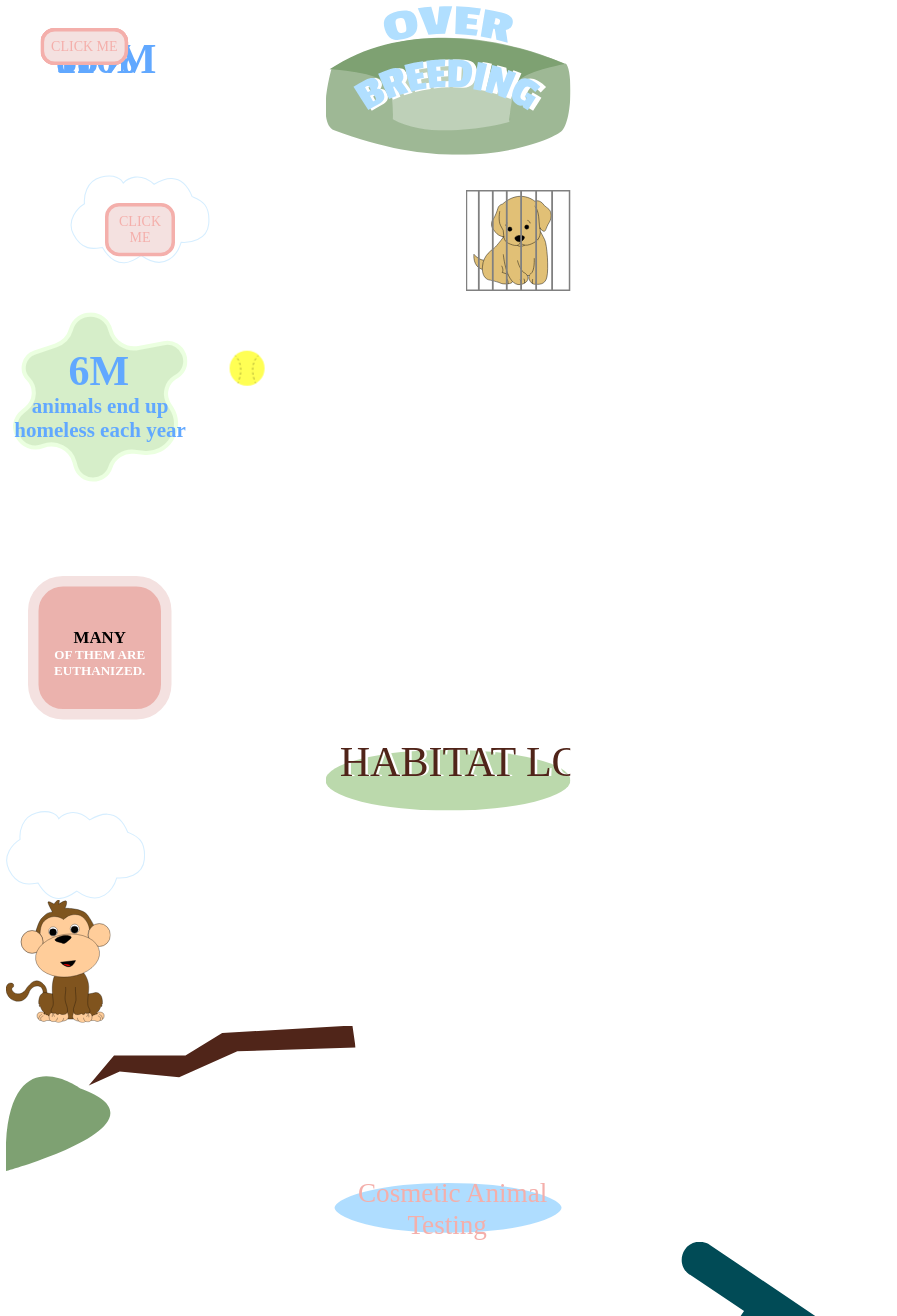
Repository: SoleilDagneau/MDIA2109Midterm
Page: index.html
The author's editor kept a copy of each file at every save. The page is drawn from the files as they stood at one save, then again after the next save.
The browser window is 1280 px wide. The page is 1282 px wide, so the pictures cover 1282 px, including what lies to the right of the window. The pictures show the part of the page from y = 0 to 1880 px (the page is 6743 px tall before and 3460 px after), at 70% of full size.
Some web fonts or font styles are not loaded; a fallback is used.

Above is the page before, as saved 2022-03-03 19:29:21.
Console error: TypeError: Cannot set properties of null (setting 'innerText')

After the next save:
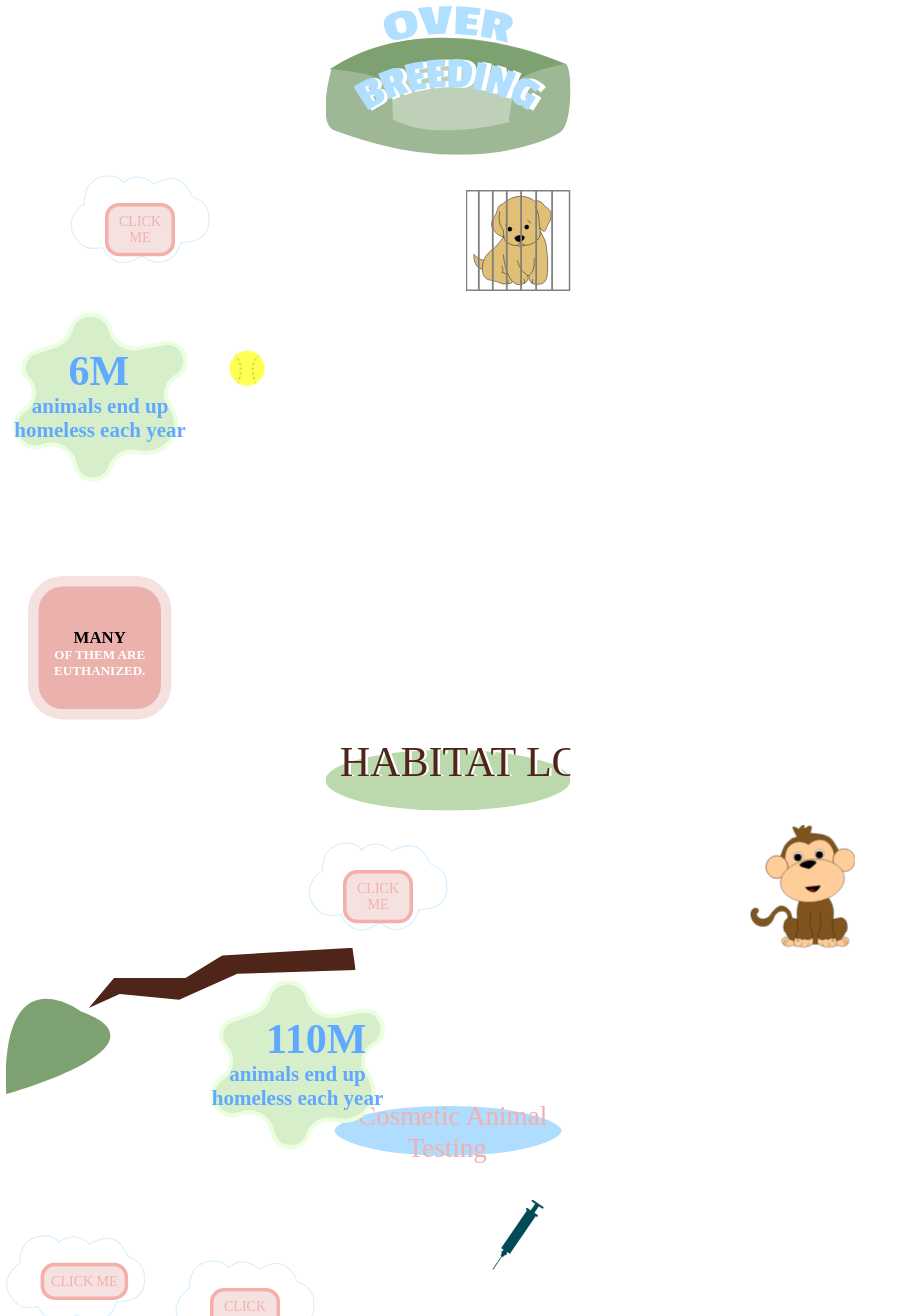
Saved 99 s later.
--- a/styles.css
+++ b/styles.css
@@ -40,3 +40,84 @@
 	40% {transform: translateY(-30px);}
 	60% {transform: translateY(-15px);}
 }
+
+/*------------------END OF SECTION 1----------------------------*/
+
+.syringe {
+    width:100px;
+    height: 100px;
+    display: flex;
+    position: relative;
+    left: 100px;
+    top: 50px;
+    margin: auto;
+}
+
+.testingtext{
+    display: flex;
+    position:sticky;
+    top:1000px;
+    left:100px;
+    margin: auto;
+}
+
+.testingblob1 {
+    display: flex;
+    position:relative;
+    left:10px;
+    top:150px;
+}
+
+.contcard {
+    display: flex;
+    position:relative;
+    top:100px;
+}
+
+.testingblob2 {
+    display: flex;
+    position:absolute;
+    left:300px;
+    top:1400px;
+}
+
+.testingblob3 {
+    display: flex;
+    position:relative;
+    left:10px;
+    top:100px;
+}
+
+.contcard1 {
+    display: flex;
+    position:relative;
+}
+
+.mouse {
+    width:200px;
+    height: 200px;
+    display: flex;
+    position: absolute;
+    left: 350px;
+    top: 1900px;
+    margin: auto;
+}
+
+.mouseclick {
+    display: flex;
+    position:absolute;
+    top:1800px;
+    left:250px;
+    margin: auto;
+}
+
+.contmonkey {
+    display:flex;
+    position:sticky;
+    left: 350px;
+    justify-content: flex-end;
+    margin-right: 50px;
+    margin-top: 20px;
+}
+
+/* -------------------------------END OF SECTION 2-------------------------------*/
